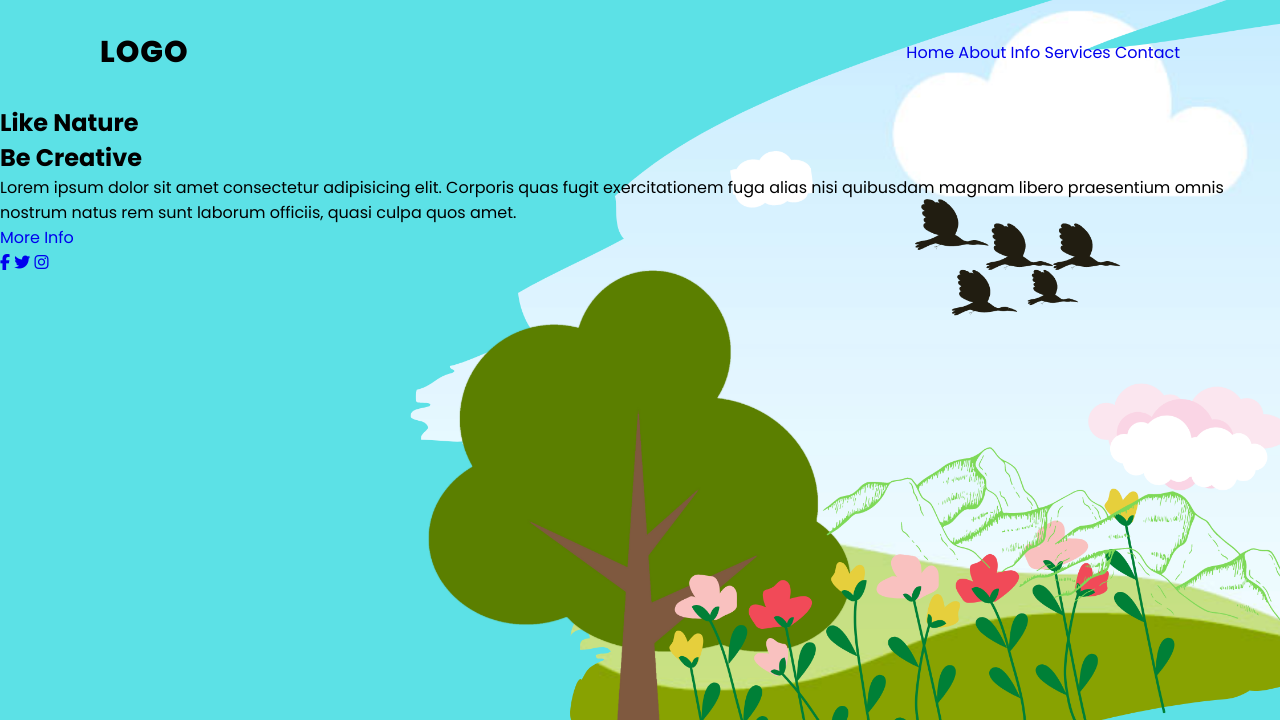
Repository: nganha241/CreativeNature
Page: index.html
The author's editor kept a copy of each file at every save. The page is drawn from the files as they stood at one save, then again after the next save.
The browser window is 1280 px wide. The pictures show the whole page.
Some web libraries are served in a nearby version.

Above is the page before, as saved 2022-06-18 08:22:28.

### index.html
<!DOCTYPE html>
<html lang="en">
  <head>
    <meta charset="UTF-8" />
    <meta http-equiv="X-UA-Compatible" content="IE=edge" />
    <meta name="viewport" content="width=device-width, initial-scale=1.0" />
    <title>Creative Nature</title>
    <link rel="stylesheet" href="style.css" />
    <script
      src="https://kit.fontawesome.com/ae971d7ee0.js"
      crossorigin="anonymous"
    ></script>
  </head>
  <body>
    <section>
      <header>
        <h2><a href="#" class="logo">Logo</a></h2>
        <div class="navigation">
          <a href="#">Home</a>
          <a href="#">About</a>
          <a href="#">Info</a>
          <a href="#">Services</a>
          <a href="#">Contact</a>
        </div>
      </header>
      <div class="content">
        <div class="info">
          <h2>Like Nature <br /><span>Be Creative</span></h2>
          <p>
            Lorem ipsum dolor sit amet consectetur adipisicing elit. Corporis
            quas fugit exercitationem fuga alias nisi quibusdam magnam libero
            praesentium omnis nostrum natus rem sunt laborum officiis, quasi
            culpa quos amet.
          </p>
          <a href="#" class="info-btn">More Info</a>
        </div>
      </div>
      <div class="media-ions">
        <a href="#"><i class="fa fa-facebook"></i></a>
        <a href="#"><i class="fa fa-twitter"></i></a>
        <a href="#"><i class="fa fa-instagram" aria-hidden="true"></i></a>
      </div>
    </section>
  </body>
</html>

### style.css
@import url('https://fonts.googleapis.com/css2?family=Poppins:wght@300;400;500;600;700;800;900&display=swap');

* {
    box-sizing: border-box;
    padding: 0;
    margin: 0;
    font-family: 'Poppins', sans-serif;
}

a {
    text-decoration: none;
}

section {
    position: relative;
    width: 100%;
    min-height: 100vh;
    display: flex;
    flex-direction: column;
    justify-content: flex-start;
    background: url("./bg.png");
    background-size: cover;
    background-position: center;
}

header {
    position: relative;
    top: 0;
    width: 100%;
    padding: 30px 100px;
    display: flex;
    justify-content: space-between;
    align-items: center;
}

header .logo {
    position: relative;
    color: #000;
    font-size: 30px;
    text-transform: uppercase;
    font-weight: 800;
    letter-spacing: 1px;
}

After the next save:
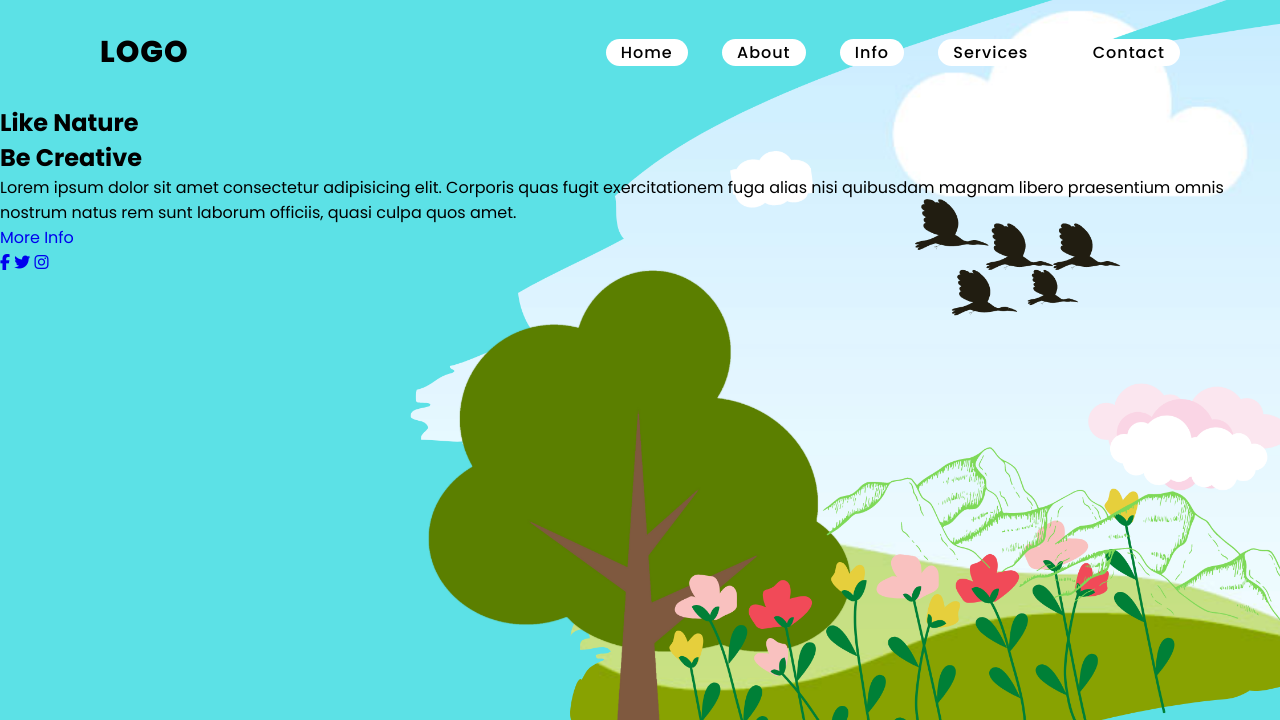
Saved 16 min 16 s later.
--- a/style.css
+++ b/style.css
@@ -41,3 +41,16 @@ header .logo {
     font-weight: 800;
     letter-spacing: 1px;
 }
+
+header .navigation a{
+    color: #000;
+    background: #fff;
+    font-weight: 500;
+    letter-spacing: 1px;
+    padding: 2px 15px;
+    border-radius: 20px;
+}
+
+header .navigation a:not(:last-child) {
+    margin-right: 30px;
+}
